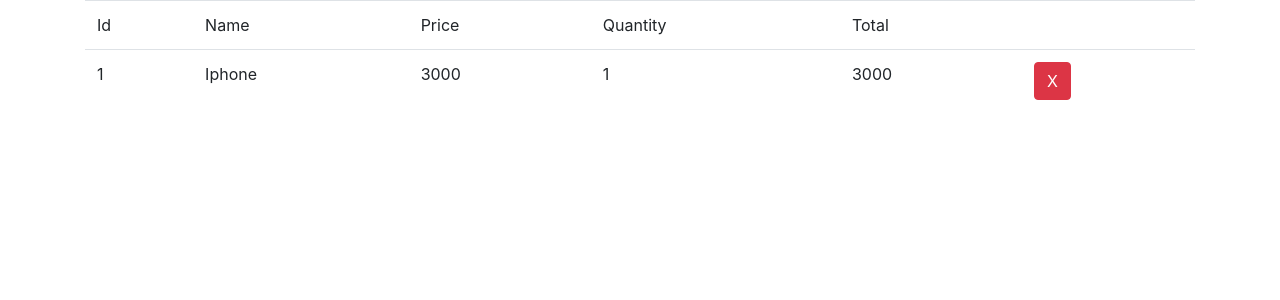
Repository: dovanthao2404/hook-useReducer
Page: /
The author's editor kept a copy of each file at every save. The page is drawn from the files as they stood at one save, then again after the next save.
The browser window is 1280 px wide. The pictures show the whole page.
The project was rebuilt for these pictures with package versions that can differ from the ones it lists, and the page was loaded fresh each time. Also part of the build but not shown: src/App.css.

Above is the page before, as saved 2021-09-10 03:34:05.

After the next save:
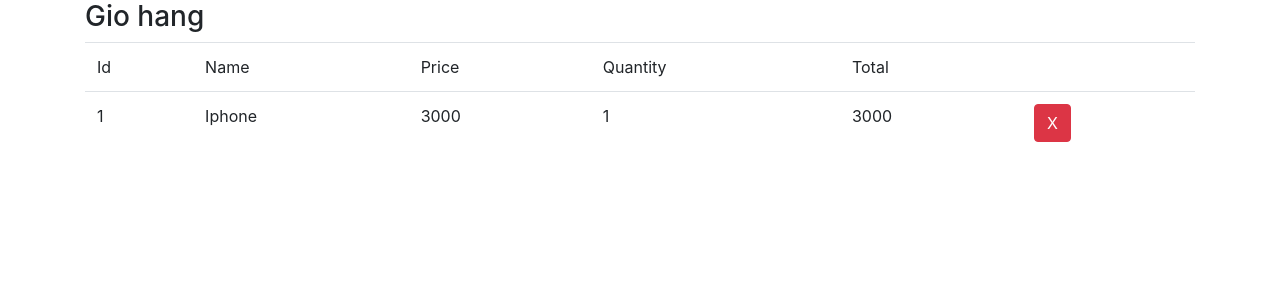
Saved 19 s later.
--- a/src/Components/UseReducer.js
+++ b/src/Components/UseReducer.js
@@ -19,6 +19,7 @@ export default function UseReducer() {
 
   return (
     <div className="container">
+      <h3>Gio hang</h3>
       <table className="table">
         <thead>
           <tr>
